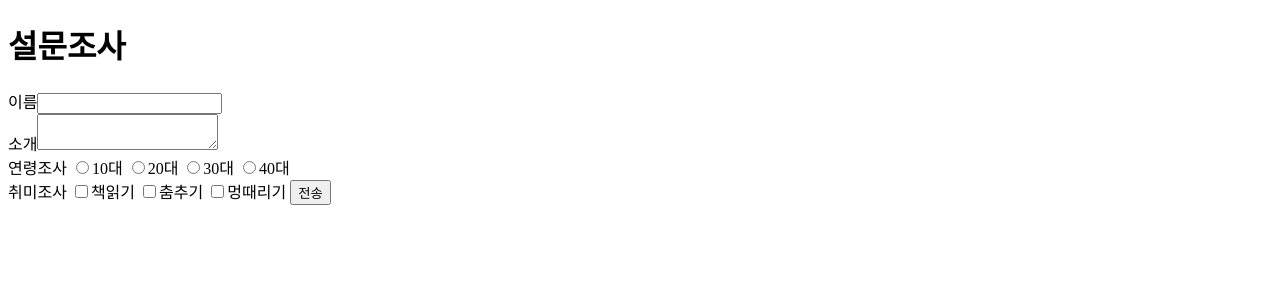
Repository: ryu1917/jsp
Page: http://localhost/jsp02/quiz/input.jsp
The author's editor kept a copy of each file at every save. The page is drawn from the files as they stood at one save, then again after the next save.
The browser window is 1280 px wide. The pictures show the whole page.
The page is served by Tomcat 9.

Above is the page before, as saved 2021-04-21 10:38:33.

### workspace/jsp02/src/main/webapp/quiz/input.jsp
<%@ page language="java" contentType="text/html; charset=UTF-8"
    pageEncoding="UTF-8"%>
<!DOCTYPE html>
<html>
<head>
<meta charset="UTF-8">
<title>Insert title here</title>
</head>
<body>
<h1>설문조사</h1>
<form action="view.jsp" method="post">
이름<input type="text"name="name"><br>
소개<textarea name="textarea"></textarea><br>
연령조사
<input type="radio"name="age"value="10대">10대
<input type="radio"name="age"value="20대">20대
<input type="radio"name="age"value="30대">30대
<input type="radio"name="age"value="40대">40대<br>
취미조사
<input type="checkbox"name="hobby"value="책읽기">책읽기
<input type="checkbox"name="hobby"value="춤추기">춤추기
<input type="checkbox"name="hobby"value="멍때리기">멍때리기
<input type="submit"value="전송">
</form>
</body>
</html>

After the next save:
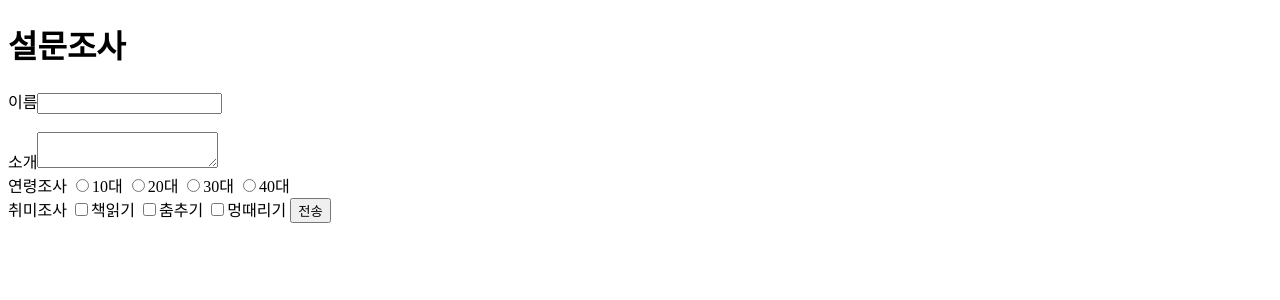
Saved 12 s later.
--- a/workspace/jsp02/src/main/webapp/quiz/input.jsp
+++ b/workspace/jsp02/src/main/webapp/quiz/input.jsp
@@ -9,7 +9,7 @@
 <body>
 <h1>설문조사</h1>
 <form action="view.jsp" method="post">
-이름<input type="text"name="name"><br>
+이름<input type="text"name="name"><br><br>
 소개<textarea name="textarea"></textarea><br>
 연령조사
 <input type="radio"name="age"value="10대">10대
